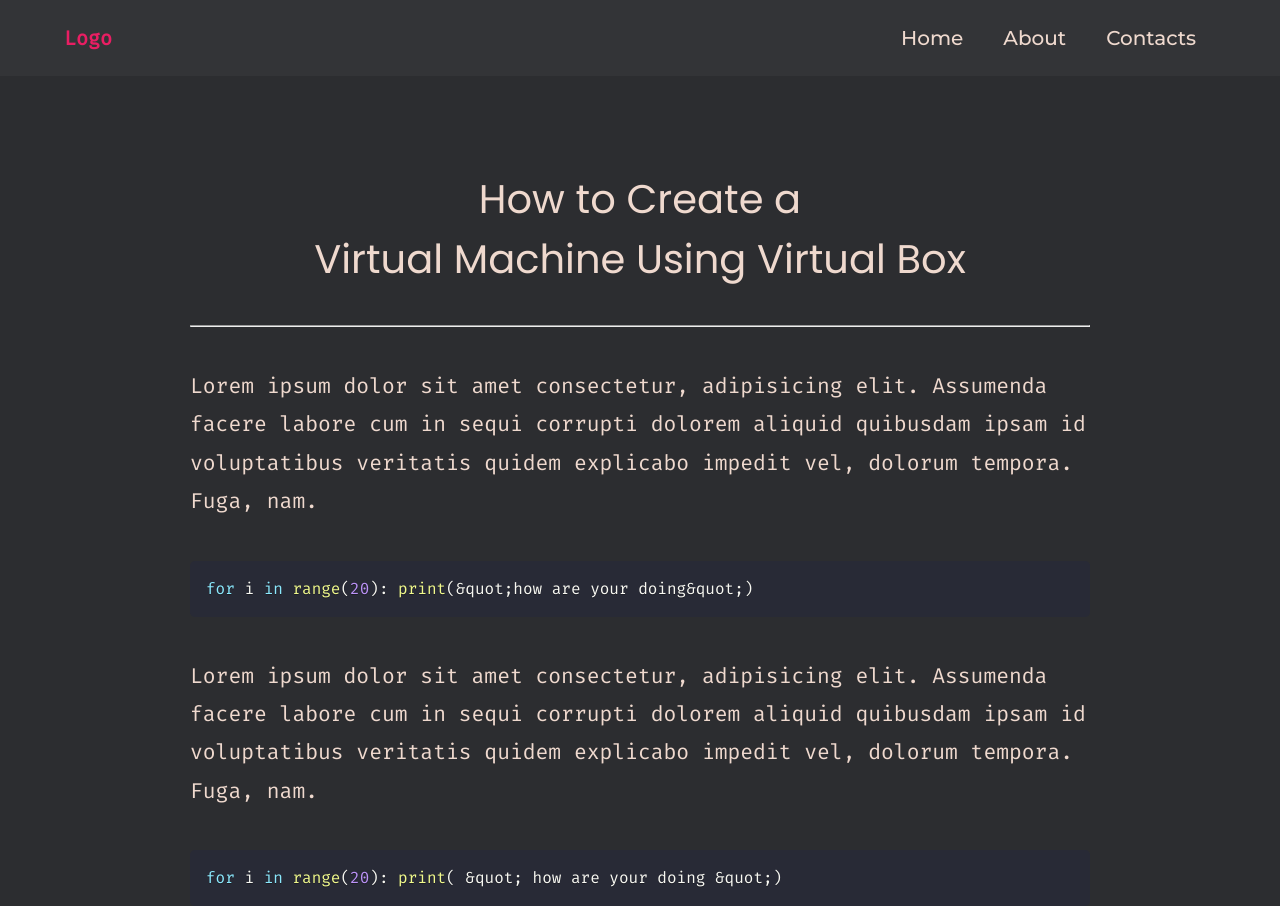
Repository: BuddyBob/thavasantonio
Page: /#/virtual-machine
The author's editor kept a copy of each file at every save. The page is drawn from the files as they stood at one save, then again after a run of saves.
The browser window is 1280 px wide. The pictures show the whole page.
The project was rebuilt for these pictures with package versions that can differ from the ones it lists, and the page was loaded fresh each time. A package was used in the major version that the imports need, not the one package.json lists. Also part of the build but not shown: src/components/Card.js, src/Home.js.

Above is the page before, as saved 2021-08-20 15:24:02.

### public/index.html
<!DOCTYPE html>
<html lang="en">
  <head>
    <meta charset="utf-8" />
    <link rel="icon" href="%PUBLIC_URL%/favicon.ico" />
    <meta name="viewport" content="width=device-width, initial-scale=1" />
    <meta name="theme-color" content="#000000" />
    <link rel="preconnect" href="https://fonts.googleapis.com">
    <link rel="preconnect" href="https://fonts.gstatic.com" crossorigin>
    <meta
      name="description"
      content="Web site created using create-react-app"
    />
    <!-- google fonts -->
    <link href="https://fonts.googleapis.com/css2?family=Fira+Mono&display=swap" rel="stylesheet">

    <!-- code highligter -->

    <link rel="apple-touch-icon" href="%PUBLIC_URL%/logo192.png" />
    <link rel="manifest" href="%PUBLIC_URL%/manifest.json" />
    <title>thavasantonio</title>
  </head>
  <body>
    <noscript>You need to enable JavaScript to run this app.</noscript>
    <div id="root"></div>
  </body>
</html>

### src/index.css
:root {
  --background-color: #2c2d30;
  --text-color: #EFD9CE;
  --highlight-color: #e91e63;
  --white: white;
}

* {
  margin: 0;
  padding: 0;
  font-family: "Fira Mono","Poppins", sans-serif;
}

body {
  justify-content: center;
  align-items: center;
  background: var(--background-color);
}
.post-title{
  font-family: "Poppins", "Fira Mono", sans-serif;
  color:var(--text-color);
  font-size:2.5em;
  margin-top:7%;
  margin-bottom:4%;

}

p{
  font-family: "Fira Mono", "Poppins", sans-serif;
  font-size:16pt;
  color: var(--text-color);
  line-height:180%;
  margin-top:40px;
  margin-bottom:40px;
}

/*
.########.....###....##....##.##....##.########.########.
.##.....##...##.##...###...##.###...##.##.......##.....##
.##.....##..##...##..####..##.####..##.##.......##.....##
.########..##.....##.##.##.##.##.##.##.######...########.
.##.....##.#########.##..####.##..####.##.......##...##..
.##.....##.##.....##.##...###.##...###.##.......##....##.
.########..##.....##.##....##.##....##.########.##.....##
*/
.img-container {
  position: relative;
  height:100%;
  margin-bottom:100px;
  margin-top:50px;
}

.inner-container {
  text-align: center;
  position: relative;
  width: 100%;
  color: var(--white);

}

h1 {
  font-size: 4em;
}

h2 {
  margin-top:20px;
  font-size: 1.7em;
  text-align: center;
  font-weight: 400;
}

@media screen and (max-width:1260px){
  h1{
    font-size: 3em;
  }
  h2{
    font-size: 1.4em;
  }
}
@media only screen and (max-width:920px){
  .inner-container{
    margin-top: 100px;
  }
}

@media only screen and (max-width:540px){
  .inner-container{
    margin-top:150px;
  }
  h1{
    font-size: 2.5em;
  }
  h2{
    font-size: 1.4em;
  }
}

### src/components/Card.css
@import url("https://fonts.googleapis.com/css2?family=Poppins:wght@300;400;500;700;800&display=swap");

body .card-container {
  display: flex;
  justify-content: center;
  align-items: center;
  flex-wrap: wrap;
  margin: 40px 0;
  background-color:yellow
}

body .card-container .card {
  background-color:green;
  position: relative;
  min-width: 340px;
  height: 400px;
  border-radius: 15px;
  margin: 40px;
  transition: 0.5s;
  bottom:50px;
}



body .card-container .card .box {
  position: absolute;
  top: 20px;
  left: 0px;
  right: 0px;
  bottom: 20px;
  border-radius: 20px;
  display: flex;
  justify-content: center;
  align-items: center;
  overflow: hidden;
  transition: 0.2s;
  background: rgba(255, 255, 255, 0.03);
}

body .card-container .card .box:hover {
  transform: translateY(-20px);
}

body .card-container .card .box:before {
  content: "";
  position: absolute;
  top: 0;
  left: 0;
  width: 50%;
  height: 100%;
  background: rgba(255, 255, 255, 0.03);
}

body .card-container .card .box .content {
  padding: 20px;
  text-align: center;
}


body .card-container .card .box .content h3 {
  font-size: 2rem;
  color: var(--text-color);
  z-index: 1;
  transition: 0.5s;
  margin-bottom: 15px;
}

body .card-container .card .box .content p {
  font-size: 1rem;
  font-weight: 300;
  color: var(--text-color);
  z-index: 1;
  transition: 0.5s;
}

.card-button {
  position: relative;
  display: inline-block;
  padding: 8px 20px;
  background-color: #e91e63;
  border-radius: 5px;
  text-decoration: none;
  color: white;
  margin-top: 20px;
  box-shadow: 0 10px 20px rgba(0, 0, 0, 0.2);
  transition: 0.5s;
}
.card-button:hover {
  box-shadow: 0 10px 20px rgba(0, 0, 0, 0.6);
  background: var(--text-color);
  color: #000;
}

### src/components/NavBar.css
@import url('https://fonts.googleapis.com/css2?family=Montserrat:wght@500&display=swap');w

li, a{
    font-family: "Montserrat", sans-serif;
    color:var(--text-color);
    font-size: 20px;
    text-decoration:none;
}
header {
    display:flex;
    justify-content:flex-end;
    align-items:center;
    padding:26px 5%;
    background-color:rgba(255, 255, 255, 0.03)
}

.logo{
    cursor:pointer;
    margin-right:auto;
    font-size: 20px;
    color:var(--highlight-color)
}

.nav_links{
    list-style:none;
}

.nav_links li{
    display:inline-block;
    padding:0px 20px;
}

.nav_links li a{
    transition: all 0.3s ease 0s;
}

.nav_links li a:hover{
    color:var(--highlight-color)
}

### src/components/Pages/Virtual-Machine/VM.js
import React from 'react'
import NavBar from '../../NavBar'
import CodeBlock from '../../CodeBlock'
import './VM.css'
export default function VM() {
    return (
        <div>
            <NavBar/>
            <div className="post-container">
                <div className="post-inner">
                    <div className="content">
                        <h2 className="post-title">How to Create a<br/> Virtual Machine Using Virtual Box</h2>
                        <hr/>
                        <p>
                            Lorem ipsum dolor sit amet consectetur, adipisicing elit. Assumenda facere labore cum in sequi corrupti dolorem aliquid quibusdam ipsam id voluptatibus veritatis quidem explicabo impedit vel, dolorum tempora. Fuga, nam.
                        </p>
                        <CodeBlock language="javascript" codeString={"for i in range(20): print(&quot;how are your doing&quot;)"}/>
                        <p>
                            Lorem ipsum dolor sit amet consectetur, adipisicing elit. Assumenda facere labore cum in sequi corrupti dolorem aliquid quibusdam ipsam id voluptatibus veritatis quidem explicabo impedit vel, dolorum tempora. Fuga, nam.
                        </p>
                        <CodeBlock language="javascript" codeString={"for i in range(20): print( &quot; how are your doing &quot;)"}/>
                    </div>
                </div>
            </div>
        </div>
    )
}

### src/components/NavBar.js
import React from 'react'
import { Link } from 'react-router-dom'
export default function NavBar() {
    return (
        <div>
            <header>
                <h4 className="logo">Logo</h4>
                <nav>
                    <ul className="nav_links">
                        <li><Link to="/">Home</Link></li>
                        <li><Link to="/about">About</Link></li>
                        <li><Link to="/contacts">Contacts</Link></li>
                    </ul>
                </nav>
            </header>
        </div>
    )
}

### src/components/CodeBlock.js
import React from 'react'
import { Prism as SyntaxHighlighter } from 'react-syntax-highlighter';
import  { dracula } from 'react-syntax-highlighter/dist/esm/styles/prism';
export default function CodeBlock(props) {
    return (
        <div>
            <SyntaxHighlighter language={props.language} style={ dracula }>
                {props.codeString}
            </SyntaxHighlighter>
        </div>
    )
}

### src/components/Pages/Virtual-Machine/VM.css
body .post-container {
    display: flex;
    justify-content: center;
    align-items: center;
    flex-wrap: wrap;
    margin: 40px 0;
}

body .post-container .post-inner {
    position: relative;
    max-width: 900px;
    height: 400px;
    border-radius: 15px;
    margin: 40px;
    transition: 0.5s;
    bottom:50px;
}

body .post-container .post-inner .content{
}

Loaded but not shown: src/index.js (common file); src/App.js (common file)

After the next 2 saves:
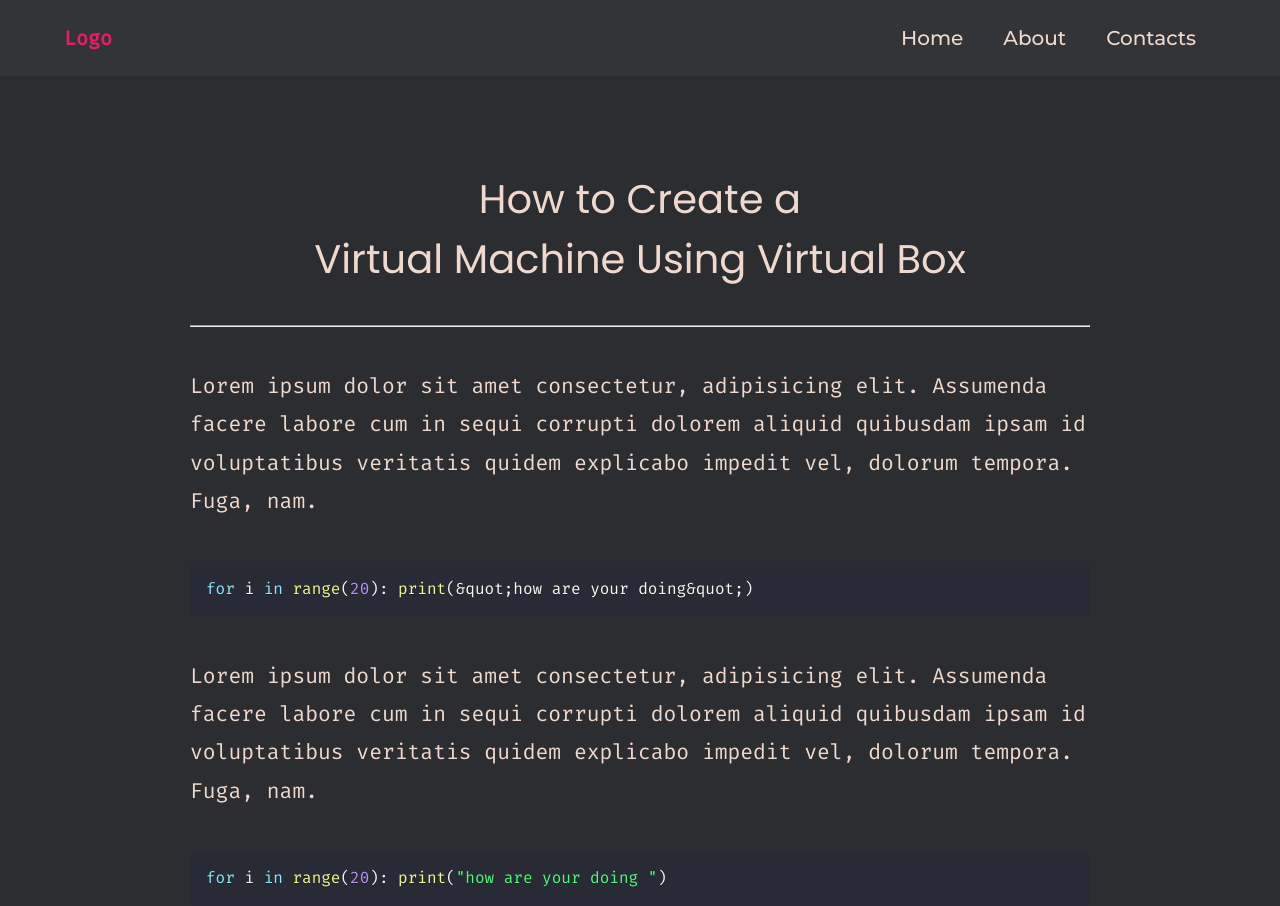
The 2 saves are shown as one change because they came seconds apart.
The last was saved 56 s later.
--- a/src/components/Pages/Virtual-Machine/VM.js
+++ b/src/components/Pages/Virtual-Machine/VM.js
@@ -18,7 +18,7 @@ export default function VM() {
                         <p>
                             Lorem ipsum dolor sit amet consectetur, adipisicing elit. Assumenda facere labore cum in sequi corrupti dolorem aliquid quibusdam ipsam id voluptatibus veritatis quidem explicabo impedit vel, dolorum tempora. Fuga, nam.
                         </p>
-                        <CodeBlock language="javascript" codeString={"for i in range(20): print( &quot; how are your doing &quot;)"}/>
+                        <CodeBlock language="javascript" codeString={"for i in range(20): print(\"how are your doing \")"}/>
                     </div>
                 </div>
             </div>
